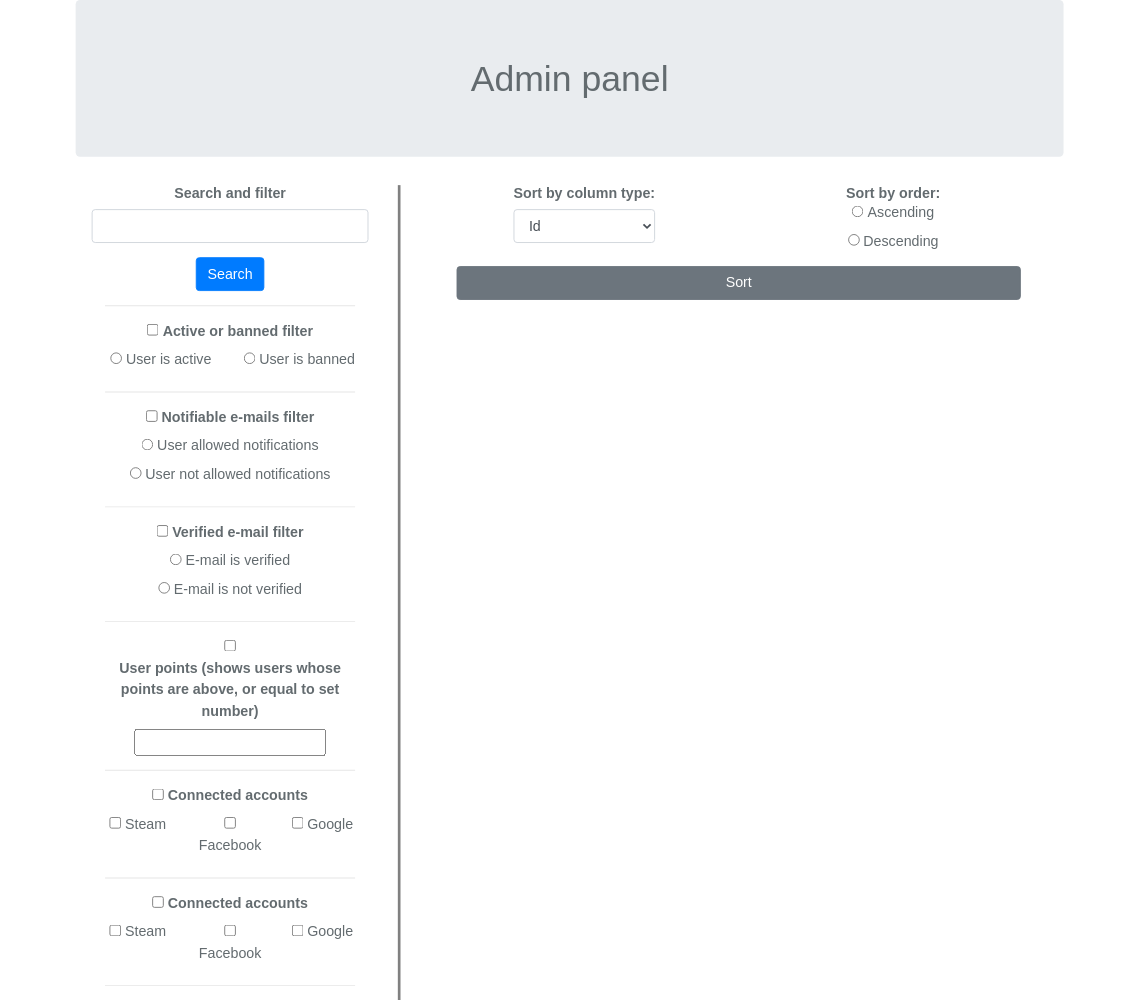
Repository: WOLVGVNG/gameclan
Page: resources/views/admin_panel.blade.php
The author's editor kept a copy of each file at every save. The page is drawn from the files as they stood at one save, then again after the next save.
The browser window is 1280 px wide. The pictures show the whole page, at 89% of full size.
The page is served by the project's Laravel application, run on PHP 8.4 with Laravel 8. The template is opened directly, without the code that normally fills it, so the values that code supplies are empty.

Above is the page before, as saved 2019-03-20 23:09:16.

After the next save:
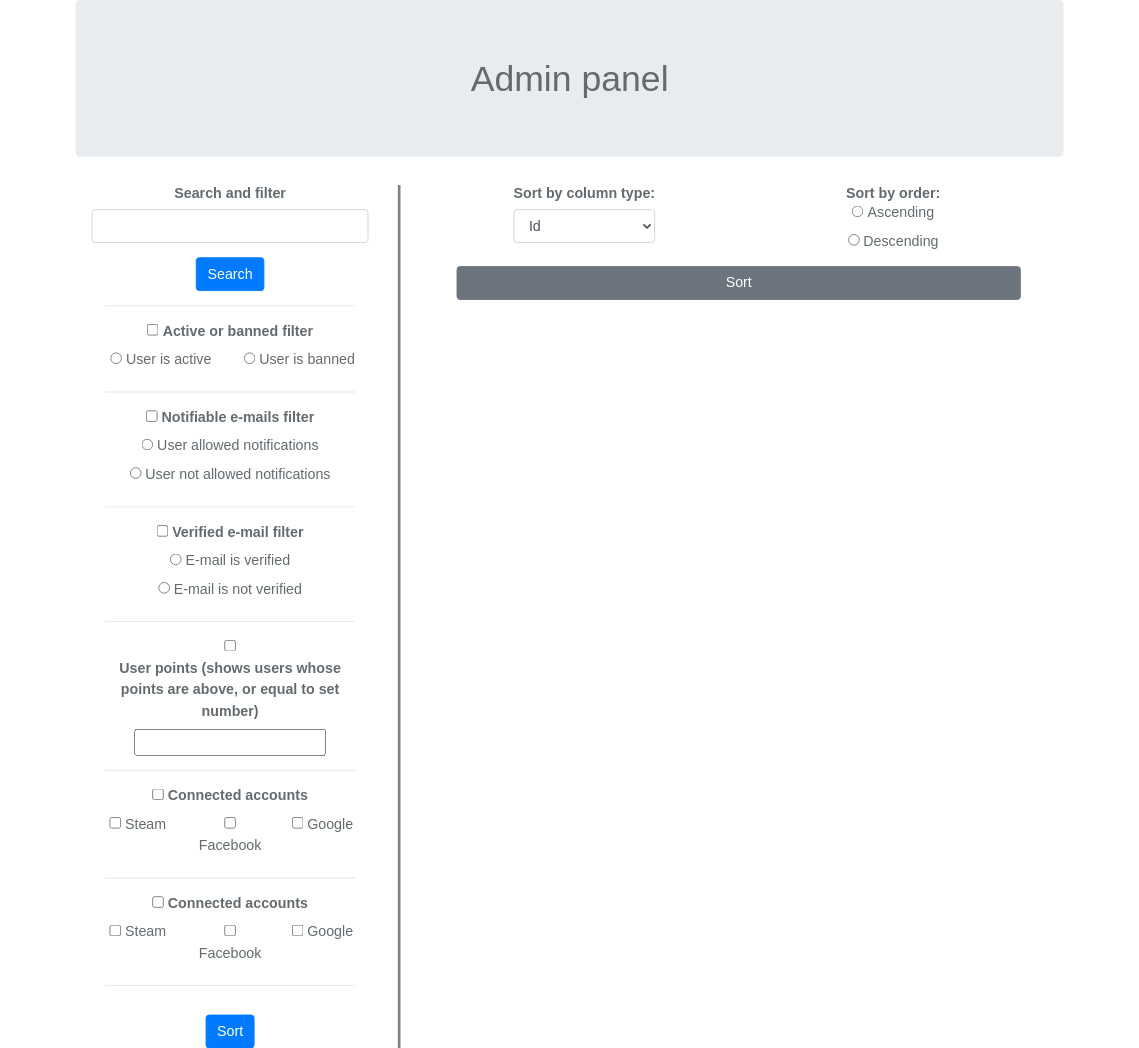
Saved 27 s later.
--- a/resources/views/admin_panel.blade.php
+++ b/resources/views/admin_panel.blade.php
@@ -141,6 +141,10 @@
                 </div>
 
                 <hr>
+
+                <div class='row'>
+                    <button type='submit' class='btn btn-primary mt-3 mx-auto'>Sort</button>
+                </div>
             </div>
 
             <div class='col-md-8 px-4 px-md-5'>
